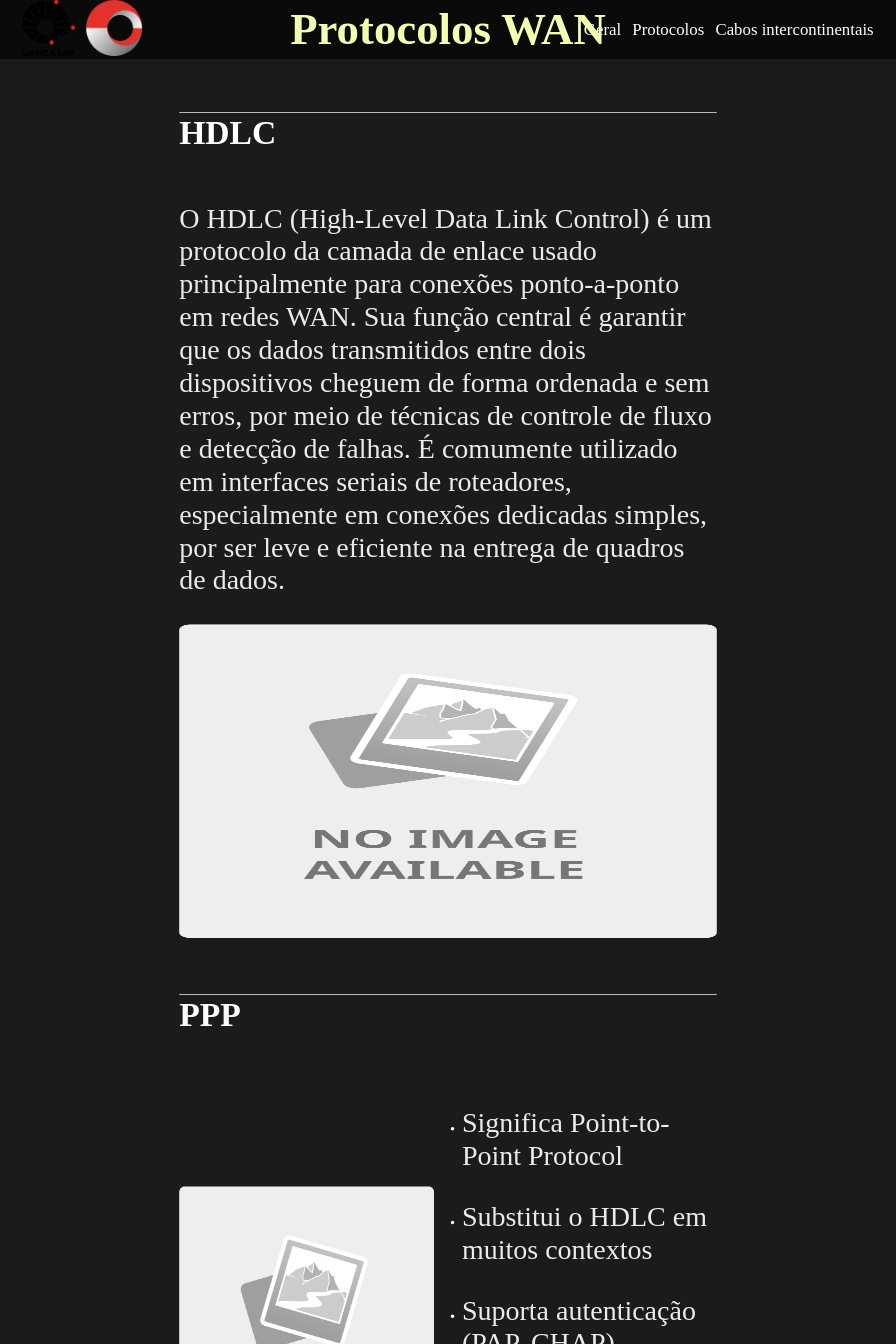
Repository: rafafbd/Site-sobre-redes-remotas
Page: Code/protocolos.html
An editor plug-in stored every save of this project. The page is shown before and after the next save, followed by the edit.
The browser window is 1280 px wide. The pictures show the part of the page from y = 0 to 1920 px (the page is 5904 px tall), at 70% of full size.

Above is the page before, as saved 2025-05-27 08:10:33.

### Code/protocolos.html
<!DOCTYPE html>
<html lang="en">

<head>
    <meta charset="UTF-8">
    <meta name="viewport" content="width=device-width, initial-scale=1.0">
    <title>Document</title>
    <link rel="stylesheet" href="index.css">
</head>

<body>
    <header class="flex-space" id="header">
        <div class="flex-space gap logos">
            <a href="https://unicamp.br/"><img src="/Assets/image.png" alt="" class="logo"></a>
            <a href="https://cotuca.unicamp.br/"><img src="/Assets/logo-cotuca.png" alt="" class="logo"></a>
        </div>
        <p class="titulo central">Protocolos WAN</p>
        <div class="flex-space meio gap nav">
            <a href="index.html" class="aHead">Geral</a>
            <a href="protocolos.html" class="aHead">Protocolos</a>
            <a href="cabos.html" class="aHead">Cabos intercontinentais</a>
        </div>
    </header>
    <main class="centro">

        <div class="full-content">
            <h1 class="subtitulo">HDLC</h1>
        </div>
        <div class="centro">
            <p class="full-content texto">
                O HDLC (High-Level Data Link Control) é um protocolo da camada de enlace usado principalmente para
                conexões ponto-a-ponto em redes WAN. Sua função central é garantir que os dados transmitidos entre dois
                dispositivos cheguem de forma ordenada e sem erros, por meio de técnicas de controle de fluxo e detecção
                de falhas. É comumente utilizado em interfaces seriais de roteadores, especialmente em conexões
                dedicadas
                simples, por ser leve e eficiente na entrega de quadros de dados.
            </p>
            <img src="/Assets/placeholder.png" alt="" class="full-content imagem">
        </div>

        <div class="full-content">
            <h1 class="subtitulo">PPP</h1>
        </div>
        <div class="full-content flex-space padCima">
            <img src="/Assets/placeholder.png" alt="" class="imagem">
            <ul class="lista">
                <li>
                    <p class="texto">Significa Point-to-Point Protocol</p>
                </li>
                <li>
                    <p class="texto">Substitui o HDLC em muitos contextos</p>
                </li>
                <li>
                    <p class="texto">Suporta autenticação (PAP, CHAP)</p>
                </li>
                <li>
                    <p class="texto">Encapsula múltiplos protocolos de rede</p>
                </li>
                <li>
                    <p class="texto">Usado em conexões como DSL, VPNs e links dedicados</p>
                </li>
            </ul>
        </div>


        <div class="full-content">
            <h1 class="subtitulo">TCP/IP</h1>
        </div>
        <div class="full-content flex-space padCima">
            <img src="/Assets/placeholder.png" alt="" class="imagem">
            <ul class="lista">
                <li>
                    <p class="texto">Conjunto de protocolos padrão da Internet</p>
                </li>
                <li>
                    <p class="texto">Estrutura em camadas: aplicação, transporte, rede e enlace</p>
                </li>
                <li>
                    <p class="texto">TCP garante entrega confiável de dados</p>
                </li>
                <li>
                    <p class="texto">IP trata de endereçamento e roteamento</p>
                </li>
                <li>
                    <p class="texto">Essencial para redes WAN e comunicação global</p>
                </li>
            </ul>
        </div>


        <div class="full-content">
            <h1 class="subtitulo">Frame Relay e ATM</h1>
        </div>
        <div class="centro">
            <p class="full-content texto">
                Frame Relay e ATM (Asynchronous Transfer Mode) são tecnologias que organizam a comutação de dados.
                O Frame Relay desempenhava a função de transportar pacotes de dados entre
                locais remotos de forma econômica, utilizando enlaces virtuais em pacotes. Já o ATM foi projetado
                para integrar voz, vídeo e dados em uma única infraestrutura, transmitindo informações em células de tamanho
                fixo (53 bytes), o que permitia controle preciso de qualidade de serviço (QoS).





            </p>
            <img src="/Assets/placeholder.png" alt="" class="full-content imagem">
        </div>


        <div class="full-content">
            <h1 class="subtitulo">MPLS (Significa Multiprotocol Label Switching)</h1>
        </div>
        <div class="full-content flex-space padCima">
            <img src="/Assets/placeholder.png" alt="" class="imagem">
            <ul class="lista">
                <li>
                    <p class="texto">Alternativa mais moderna para o Frame Relay e ATM</p>
                </li>
                <li>
                    <p class="texto">Funciona entre as camadas de enlace e rede</p>
                </li>
                <li>
                    <p class="texto">Usa rótulos (labels) para <span>roteamento eficiente</span></p>
                </li>
                <li>
                    <p class="texto">Permite engenharia de tráfego e QoS avançada</p>
                </li>
                <li>
                    <p class="texto">Ideal para WANs corporativas com aplicações críticas</p>
                </li>
            </ul>
        </div>

    </main>
</body>

</html>

### Code/index.css

:root{
    --branco: #ffffff;
    --bracoc: #ecebeb;
    --pastel: #f3ffb0;
    --pretoEsc: #0a0a0a;
    --pretoCla: #1b1b1b ;
}

body{
    margin: 0;
}

.flex-space{
    display: flex;
    justify-content: space-between;
    align-items: center;
}

.gap{
    gap: 1rem;
}

.central{
    position: absolute;
    left: 50%;
    transform: translateX(-50%);
}

.centro{
    display: flex;
    justify-content: center;
    flex-wrap: wrap;
}

.meio{
    display: flex;
    align-items: center;
}

.full-content{
    width: 60%;
}

.padCima{
    padding-top: 1rem;
}

.imagem{
    height: 28rem;
}

.titulo{
    color: var(--pastel);
    font-size: 4rem;
    font-weight: bolder;
}

.subtitulo{
    color: var(--branco);
    font-size: 3rem;
    font-weight: bold;
    border-top: solid 0.1rem var(--branco);
    margin-top: 5rem;
}

.titulo-principal{
    color: var(--branco);
    font-size: 4.5rem;
}

.texto{
    color: var(--bracoc);
    font-size: 2.5rem;
}

span{
    /* text-decoration: underline; */
    font-weight: bold;
}

.lista{
    list-style-type: disc;
}

.lista li::marker{
    color: var(--branco);
}

header{
    position: fixed;
    width: 100%;
    background-color: var(--pretoEsc);
    margin-bottom: 1rem;
}

.logos{
    margin-left: 2rem;
}

.logo{
    height: 5rem;
}

.nav{
    margin-right: 2rem;
}

.aHead{
    color: var(--branco);
    text-decoration: none;
    font-size: 1.5rem;
}

main{
    padding-top: 5rem;
    background-color: var(--pretoCla);
    flex-direction: column;
    align-items: center;
}

After the next save:
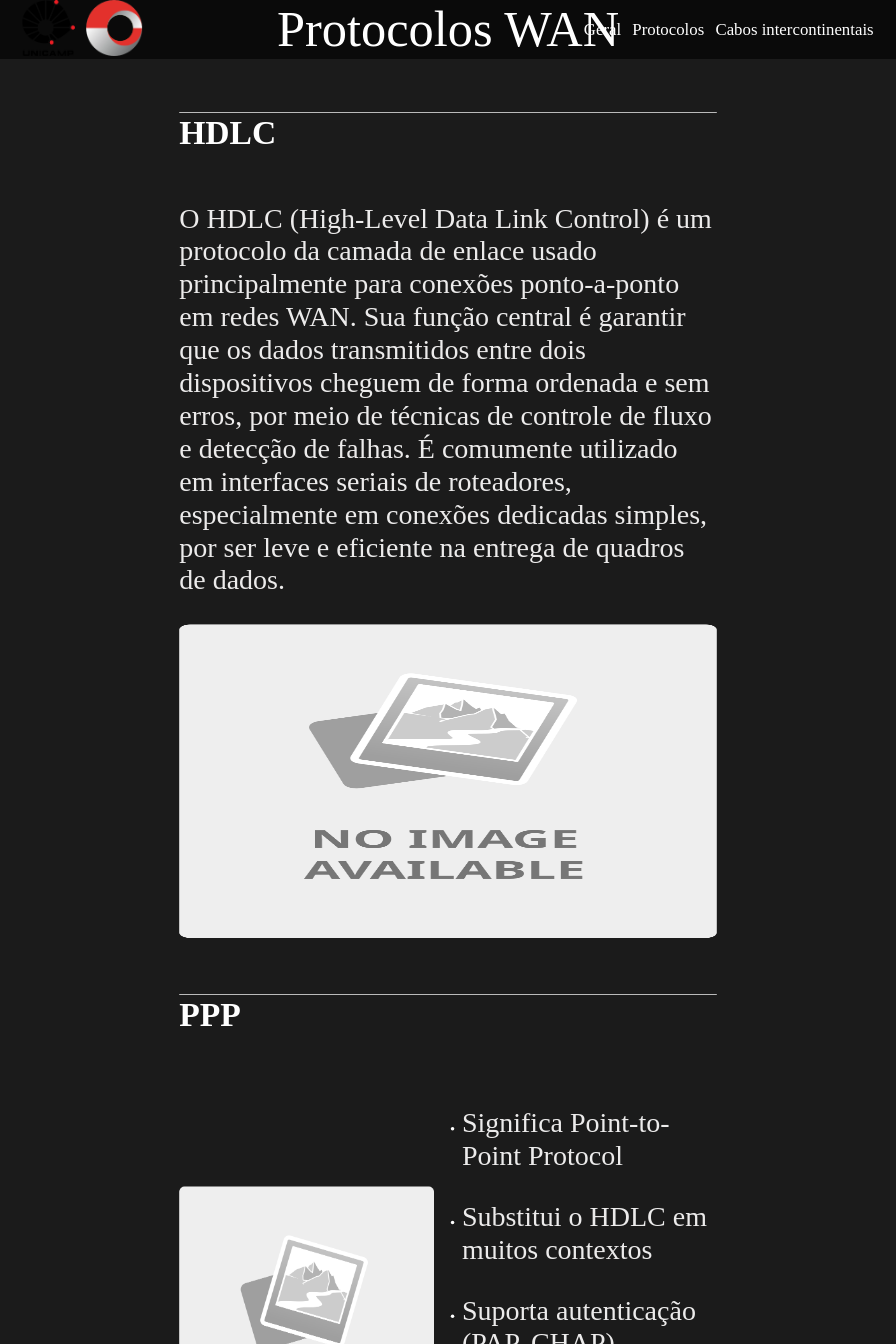
Saved 29 s later.
--- a/Code/protocolos.html
+++ b/Code/protocolos.html
@@ -14,7 +14,7 @@
             <a href="https://unicamp.br/"><img src="/Assets/image.png" alt="" class="logo"></a>
             <a href="https://cotuca.unicamp.br/"><img src="/Assets/logo-cotuca.png" alt="" class="logo"></a>
         </div>
-        <p class="titulo central">Protocolos WAN</p>
+        <p class="titulo-principal central">Protocolos WAN</p>
         <div class="flex-space meio gap nav">
             <a href="index.html" class="aHead">Geral</a>
             <a href="protocolos.html" class="aHead">Protocolos</a>
